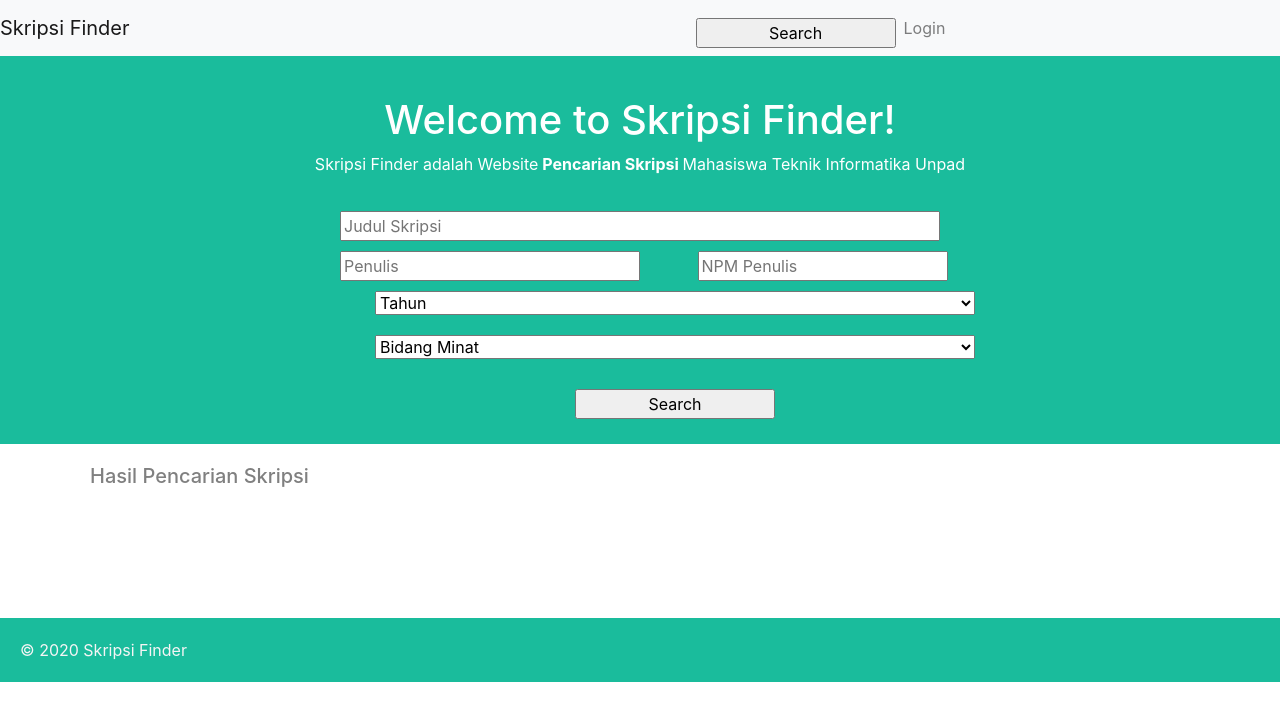
Repository: faalihnst/berita
Page: /
The author's editor kept a copy of each file at every save. The page is drawn from the files as they stood at one save, then again after the next save.
The browser window is 1280 px wide. The pictures show the whole page.
The project was rebuilt for these pictures with package versions that can differ from the ones it lists, and the page was loaded fresh each time.

Above is the page before, as saved 2020-06-05 01:06:43.

After the next save:
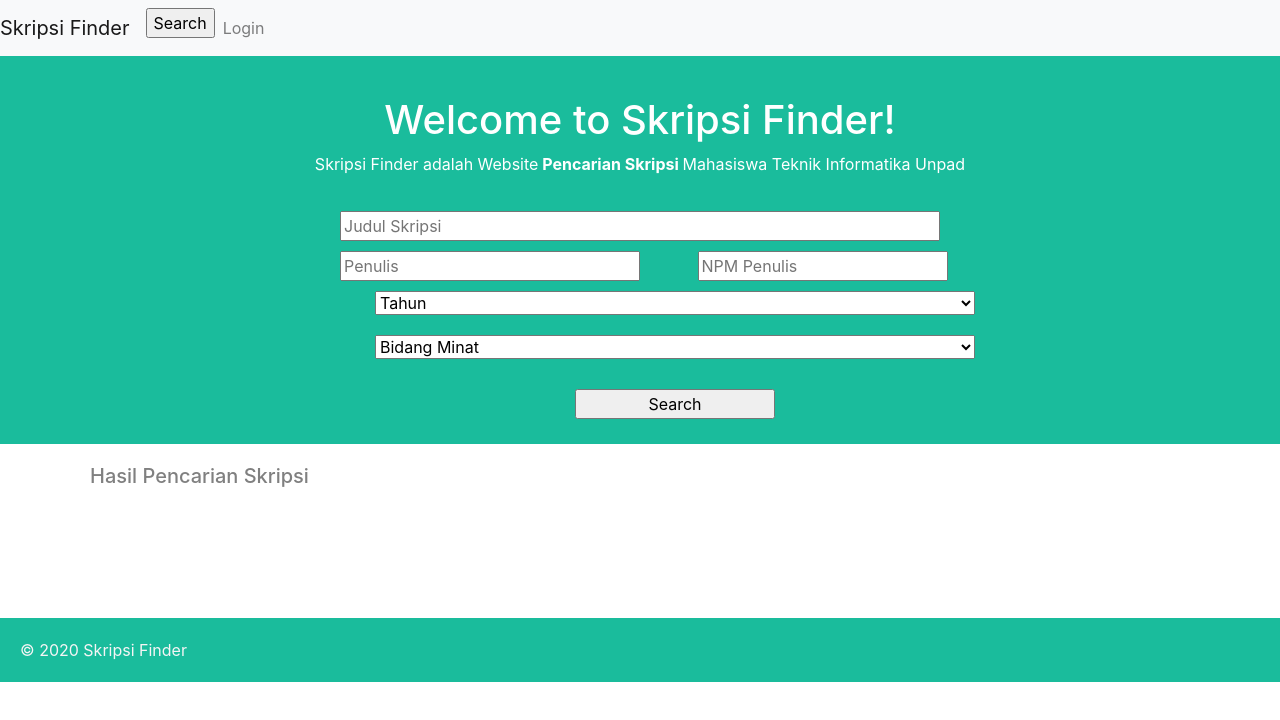
Saved 36 s later.
--- a/src/pages/homepage.js
+++ b/src/pages/homepage.js
@@ -145,7 +145,7 @@ export default function Homepage() {
             <li className="nav-item active">
             <input
                 type="button"
-                className="button"
+                className="nav-item"
                 id="search"
                 value="Search"
                 onClick={getData}
